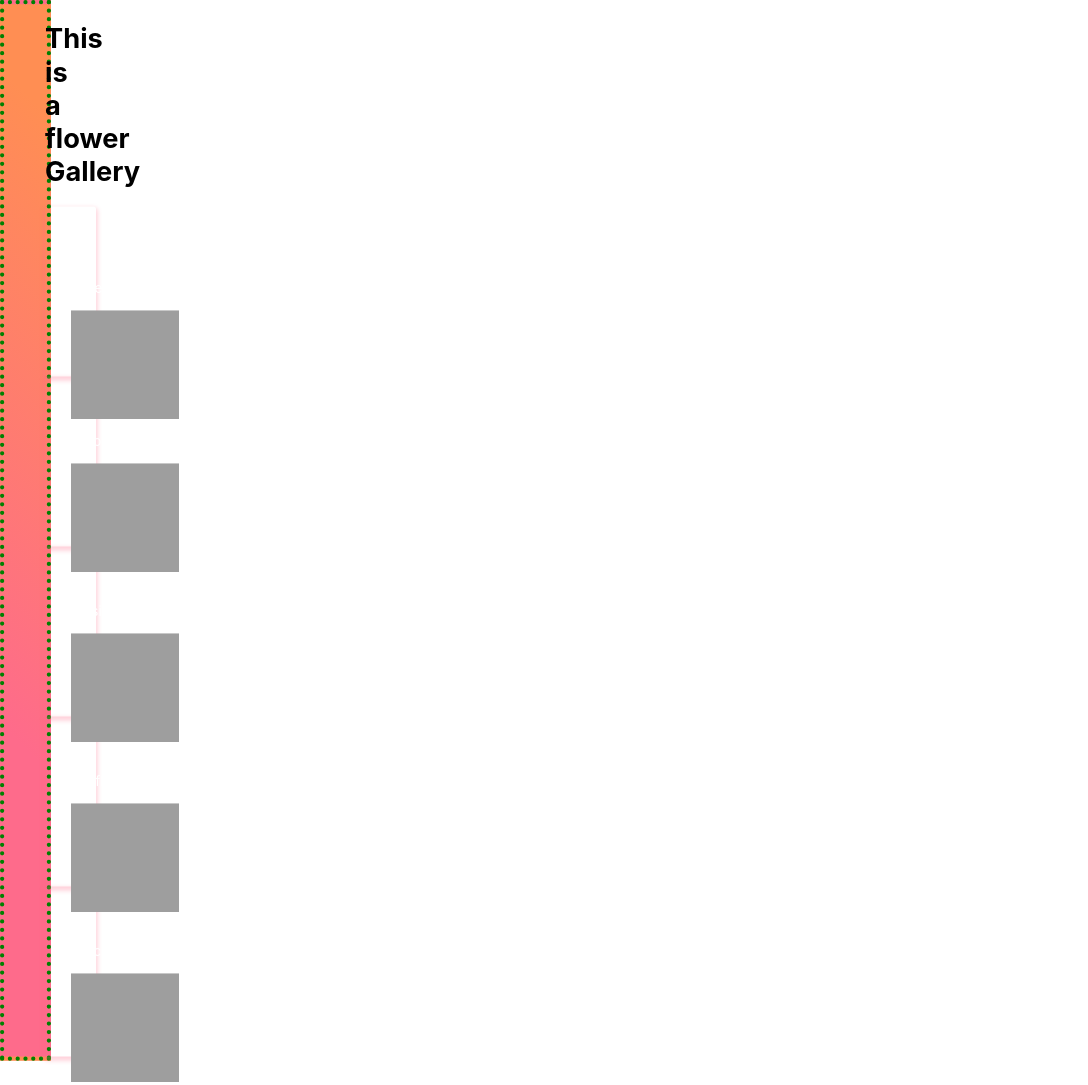
Repository: DevLuDaley/react-flower-shop
Page: /
An editor plug-in stored every save of this project. The page is shown before and after a run of saves, followed by the edit.
The browser window is 1280 px wide. The pictures show the whole page, at 85% of full size.
Pictures or frames that could not be fetched are drawn as grey boxes. The project was rebuilt for these pictures with package versions that can differ from the ones it lists, and the page was loaded fresh each time. Also part of the build but not shown: src/Containers/FlowersContainer.js.

Above is the page before, as saved 2021-02-19 22:16:03.

### src/App.js
// import './App.css';
import Grid from '@material-ui/core/Grid';
import Container from '@material-ui/core/Container';
import { makeStyles } from '@material-ui/core/styles';

// // or
// import { Grid } from '@material-ui/core';
 import FlowerGallery from './components/FlowerGallery'
 import FlowersContainer from './Containers/FlowersContainer'


const useStyles = makeStyles({
  root: {
    background: 'linear-gradient(45deg, #FE6B8B 30%, #FF8E53 90%)',
    // display: 'flex',
    // justifyContent: 'center',
    // alignItems: 'center',
    textAlign: 'center',
    // height: '900px',
    border: '5px dotted green',
    // padding: '50px'
    width: '50px'
  },
});

function App() {
  const classes = useStyles();
  return (
    <Grid className={classes.root}>
      <Container>
      {/* <FlowersContainer/> */}
        <FlowerGallery/>
      </Container>
    </Grid>
  );
}

export default App;

### src/components/FlowerGallery.js
import React from 'react';
import { makeStyles } from '@material-ui/core/styles';

// import FlowerGalleryStyles from './FlowerGalleryStyles'
// import Button from materialmaterial
import Button from '@material-ui/core/Button';
import Container from '@material-ui/core/Container';

// const useStyles = makeStyles({
//   root: {
//     background: 'linear-gradient(45deg, #FE6B8B 30%, #FF8E53 90%)',
//     border: 0,
//     borderRadius: 3,
//     boxShadow: '0 3px 5px 2px rgba(255, 105, 135, .3)',
//     color: 'white',
//     // height: 48,
//     padding: '0 30px',
//     margin: '15 0'
//   },
// });

const useStyles = makeStyles({
  root: {
    // background: 'linear-gradient(45deg, #FE6B8B 30%, #FF8E53 90%)',
    // border: 0,
    borderRadius: 3,
    boxShadow: '0 3px 5px 2px rgba(255, 105, 135, .3)',
    color: 'white',
    height: 100,
    padding: '50px 30px',
    margin: '50',
    display: 'block'
  },
});

const FlowerGallery = () => {
      const classes = useStyles();
    // const classes = FlowerGalleryStyles()

const flowerList = [
  {
    id: 1,
    name: 'Red Roses',
    imageUrl: 'https://images.unsplash.com/photo-1548094967-e25a127d1f6d?ixid=MXwxMjA3fDB8MHxwaG90by1wYWdlfHx8fGVufDB8fHw%3D&ixlib=rb-1.2.1&auto=format&fit=crop&w=1137&q=80',
    rating: 5,
    alt: 'red-roses'},
  {
    id: 2,
    name: 'Tulips',
    imageUrl: 'https://images.unsplash.com/photo-1610444028097-40d9858bb44f?ixid=MXwxMjA3fDB8MHxwaG90by1wYWdlfHx8fGVufDB8fHw%3D&ixlib=rb-1.2.1&auto=format&fit=crop&w=1234&q=80',
    rating: 4,
    alt: 'tulips'},
  {
    id: 3,
    name: 'Daisies',
    imageUrl: 'https://images.unsplash.com/photo-1607061868914-e38515be98cb?ixid=MXwxMjA3fDB8MHxwaG90by1wYWdlfHx8fGVufDB8fHw%3D&ixlib=rb-1.2.1&auto=format&fit=crop&w=1091&q=80',
    rating: 4,
    alt: ''},

  {
    id: 4,
    name: 'Sunflowers',
    imageUrl: 'https://images.unsplash.com/photo-1598459832065-1e43b2283799?ixid=MXwxMjA3fDB8MHxzZWFyY2h8Nnx8c3VuZmxvd2VyJTIwYm9xdWV0fGVufDB8fDB8&ixlib=rb-1.2.1&auto=format&fit=crop&w=1200&q=60',
    rating: 5,
    alt: ''},
  {
    id: 5,
    name: 'Crocus',
    imageUrl: 'https://images.unsplash.com/photo-1488979246948-f4b573b1fae8?ixid=MXwxMjA3fDB8MHxwaG90by1wYWdlfHx8fGVufDB8fHw%3D&ixlib=rb-1.2.1&auto=format&fit=crop&w=1350&q=80',
    rating: 5,
    alt: ''}

]

    return (
        <Container>
        <h1>This is a flower Gallery</h1>
        <section>
        {flowerList ? flowerList.map(flower =>
          <div className={classes.root}>
              <p>{flower.name}</p>
              <img src={flower.imageUrl} alt={flower.alt} style={{width:"128px", height: "128px"}}></img>
          </div>
        )
        : <p className="no-data-message"> No Flowers Yet</p>
        }


        </section>
        {/* <Button className={classes.root}>Hook</Button>
        <Button variant="contained" color="primary">Hook</Button> */}
      </Container>
      );
}

export default FlowerGallery;
// FlowerGalleryStyles

Loaded but not shown: public/index.html (common file); src/index.js (common file); src/index.css (common file); src/reportWebVitals.js (common file)

After the next 2 saves:
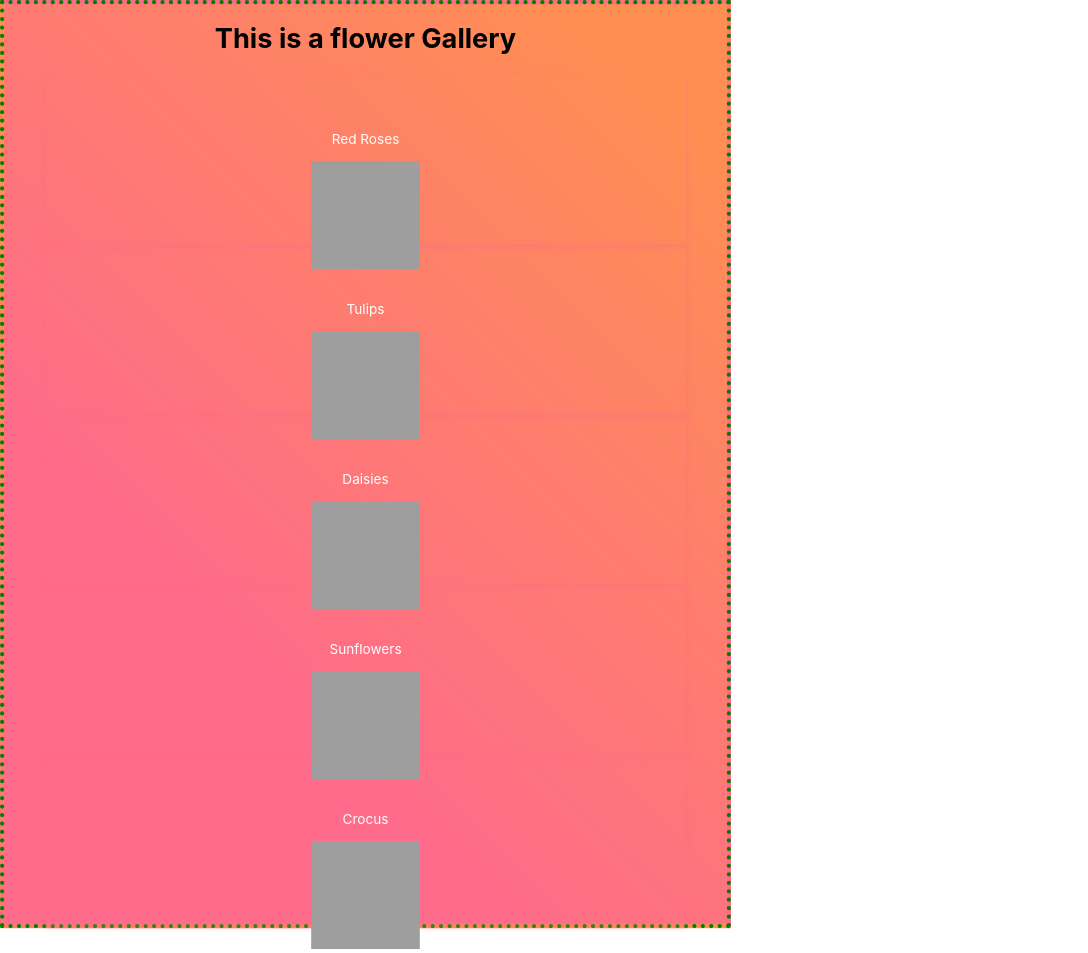
The 2 saves are shown as one change because they came seconds apart.
The last was saved 9 s later.
--- a/src/App.js
+++ b/src/App.js
@@ -19,7 +19,7 @@ const useStyles = makeStyles({
     // height: '900px',
     border: '5px dotted green',
     // padding: '50px'
-    width: '50px'
+    width: '850px'
   },
 });
 
